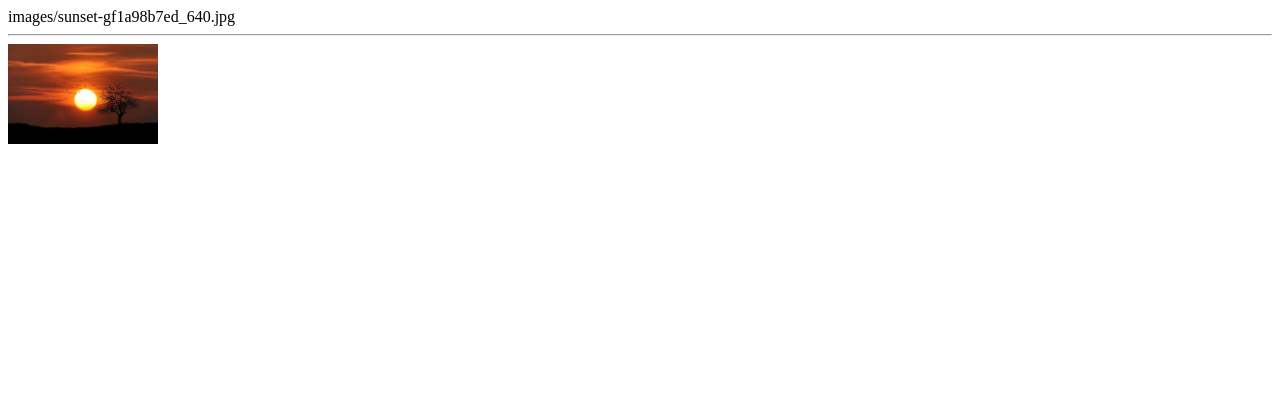
Repository: YooMyeongSeon/JSP_Servlet_Study
Page: http://localhost/web07/Ex_16.jsp
An editor plug-in stored every save of this project. The page is shown before and after the next save, followed by the edit.
The browser window is 1280 px wide. The pictures show the whole page.
The page is served by Tomcat 9. Other server files are loaded and not shown.

Above is the page before, as saved 2022-06-10 06:38:10.

### web07/WebContent/Ex_16.jsp
<%@ page language="java" contentType="text/html; charset=UTF-8"
    pageEncoding="UTF-8"%>
<%@ taglib prefix="c" uri="http://java.sun.com/jsp/jstl/core" %>
<!DOCTYPE html>
<html>
<head>
<meta charset="UTF-8">
<title>Insert title here</title>
</head>
<body>
	<c:url var="pic" value="images/sunset-gf1a98b7ed_640.jpg" scope="request"/>
	<div>${pic}</div>
	<hr>
	<img alt="사진" src="${pic}" width="150px"/>
</body>
</html>

After the next save:
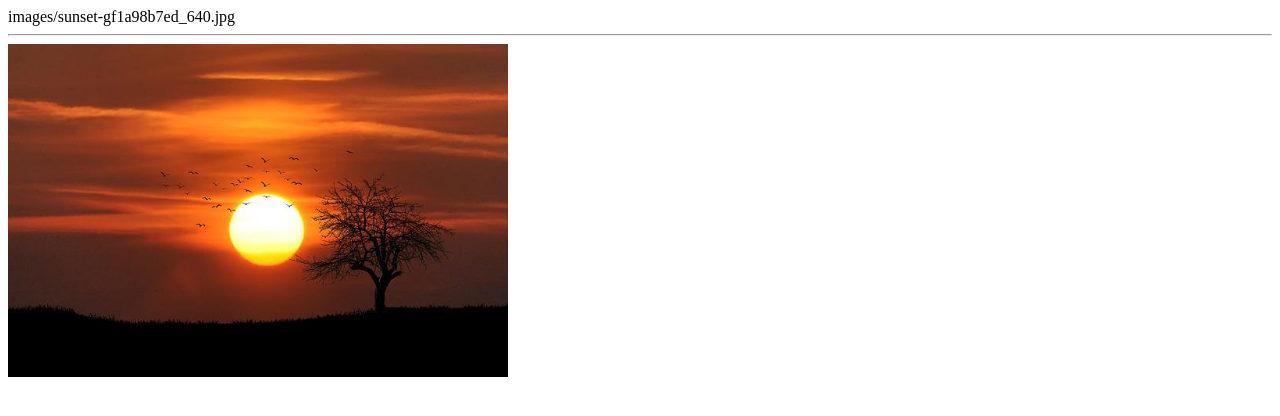
Saved 7 s later.
--- a/web07/WebContent/Ex_16.jsp
+++ b/web07/WebContent/Ex_16.jsp
@@ -11,6 +11,6 @@
 	<c:url var="pic" value="images/sunset-gf1a98b7ed_640.jpg" scope="request"/>
 	<div>${pic}</div>
 	<hr>
-	<img alt="사진" src="${pic}" width="150px"/>
+	<img alt="사진" src="${pic}" width="500px"/>
 </body>
 </html>
